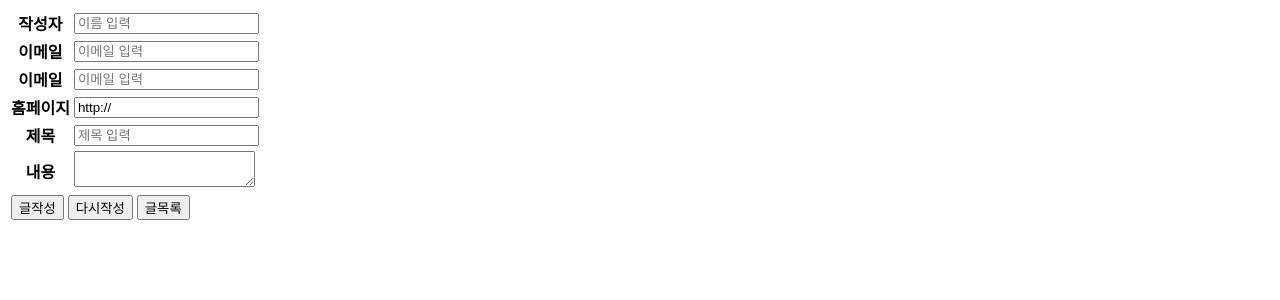
Repository: chaejunho689/bitcamp
Page: guestbookServlet/src/main/webapp/guestbook/guestbookWrite.html
The author's editor kept a copy of each file at every save. The page is drawn from the files as they stood at one save, then again after the next save.
The browser window is 1280 px wide. The pictures show the whole page.

Above is the page before, as saved 2024-09-03 03:43:47.

After the next save:
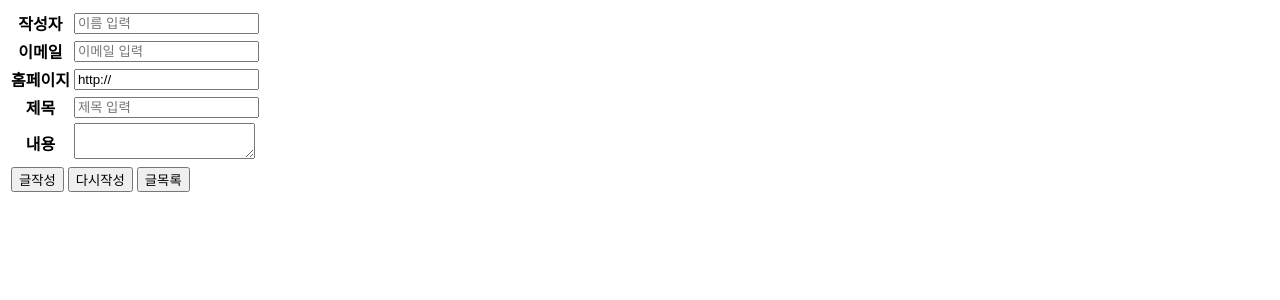
Saved 11 s later.
--- a/guestbookServlet/src/main/webapp/guestbook/guestbookWrite.html
+++ b/guestbookServlet/src/main/webapp/guestbook/guestbookWrite.html
@@ -20,13 +20,6 @@
 			<th> 이메일 </th>
 			<td>
 				<input  type="text" id="email" name="email" placeholder="이메일 입력"/>
-			</td>
-		</tr>
-
-		<tr>
-			<th> 이메일 </th>
-			<td>
-				<input  type="email" id="email" name="email" placeholder="이메일 입력"/>
 			</td>
 		</tr>
 		<tr>
